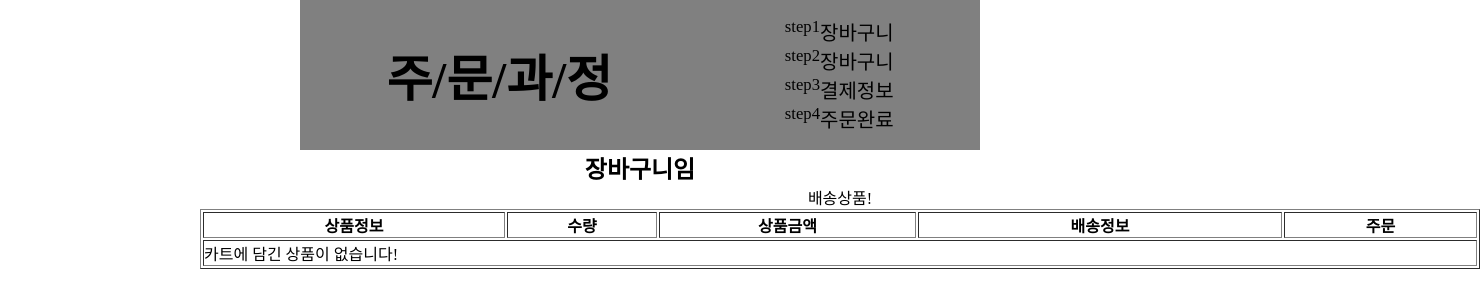
Repository: kym-1000/book
Page: http://localhost/book/WEB-INF/views/cart/mycart.jsp
The author's editor kept a copy of each file at every save. The page is drawn from the files as they stood at one save, then again after the next save.
The browser window is 1280 px wide. The page is 1480 px wide, so the pictures cover 1480 px, including what lies to the right of the window. The pictures show the whole page.
The page is served by Tomcat 9. Nobody is signed in. Other server files are loaded and not shown. The template is opened directly, without the code that normally fills it, so the values that code supplies are empty.

Above is the page before, as saved 2023-01-02 08:47:15.

### book/book/src/main/webapp/WEB-INF/views/cart/mycart.jsp
<%@ page language="java" contentType="text/html; charset=UTF-8"
    pageEncoding="UTF-8"%>
<!DOCTYPE html>
<html>
<head>
<meta charset="UTF-8">
<title>Insert title here</title>
	<style type="text/css">

		*{
			margin: auto;
			padding: 0;
		}

		#table{
			margin-left: 200px;
			margin-right: 200px;

		}

	</style>
</head>
<body>

	<jsp:include page="../cart/cartheader.jsp"></jsp:include>


	<h2 style="text-align: center;">장바구니임</h2>

	<table  width="100%"  border="1" id="table">
	<caption >
      배송상품!
    </caption> <colgroup >
    <col  width="40"> <col  width="100">
     <col  width="*"> <col  width="70">
      <col  width="120"> <col  width="170">
      <col  width="90"></colgroup> <thead >
      <tr ><th  colspan="3" scope="col" class="txt">상품정보</th>
      <th  scope="col" >수량</th>
      <th  scope="col" >상품금액</th>
      <th  scope="col" >배송정보</th>
      <th  scope="col" >주문</th></tr></thead>
      <tbody >
      <tr >
      <td  colspan="7" >
      <p  class="txt_tit">카트에 담긴 상품이 없습니다!</p>
      </td>
      </tr>
      </tbody>
      </table>
</body>
</html>

### book/book/src/main/webapp/WEB-INF/views/cart/cartheader.jsp
<%@ page language="java" contentType="text/html; charset=UTF-8"
    pageEncoding="UTF-8"%>
<%@ taglib uri="http://java.sun.com/jsp/jstl/core" prefix="c" %>
<!DOCTYPE html>
<html>
<head>
<meta charset="UTF-8">
<title>Insert title here</title>
<style type="text/css">

	#pagetop{
		margin-left: 300px;
		margin-right: 300px;
	    background-color: grey;
	    font-size: 20px;
		height: 150px;
		display : flex;
	  	/* justify-content : center; */
	  	align-items : center;
	}

</style>
</head>
<body>


	<div id="pagetop">
		<h2 style="text-align: left; font-size: 50px">
			주/문/과/정
		</h2>
		<div style="text-align: right;">

		<c:choose >
		<c:when test="${msg eq 1}">
		<div style="color: red">
		<sup>step1</sup>장바구니
		</div>
		</c:when>
		<c:otherwise>
		<div>
		<sup>step1</sup>장바구니
		</div>
		</c:otherwise>
		</c:choose>

		<c:choose>
		<c:when test="${msg eq 2}">
		<div style="color: red">
		<sup>step2</sup>배송정보
		</div>
		</c:when>
		<c:otherwise>
		<div>
		<sup>step2</sup>장바구니
		</div>
		</c:otherwise>
		</c:choose>

		<c:choose>
		<c:when test="${msg eq 3}">
		<div style="color: red">
		<sup>step3</sup>결제정보
		</div>
		</c:when>
		<c:otherwise>
		<div>
		<sup>step3</sup>결제정보
		</div>
		</c:otherwise>
		</c:choose>

		<c:choose>
		<c:when test="${msg eq 4}">
		<div style="color: red">
		<sup>step4</sup>주문완료
		</div>
		</c:when>
		<c:otherwise>
		<div>
		<sup>step4</sup>주문완료
		</div>
		</c:otherwise>
		</c:choose>

		</div>
	</div>

</body>
</html>

After the next save:
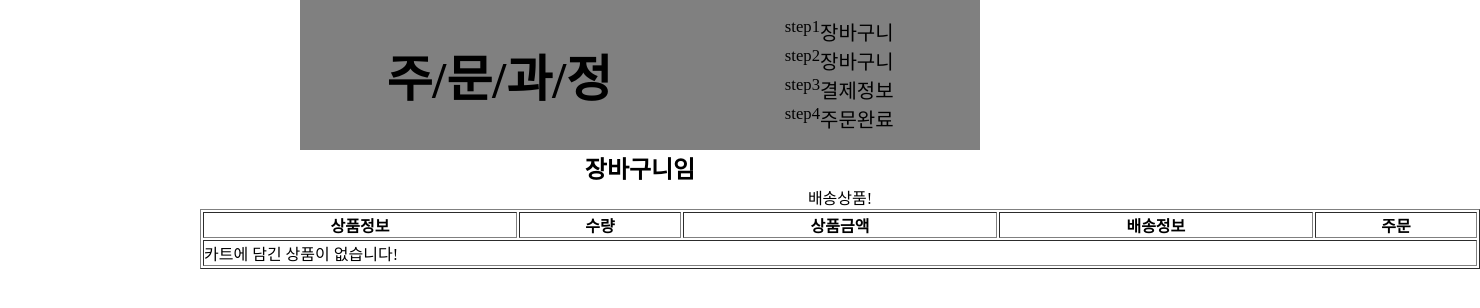
Saved 18 s later.
--- a/book/book/src/main/webapp/WEB-INF/views/cart/mycart.jsp
+++ b/book/book/src/main/webapp/WEB-INF/views/cart/mycart.jsp
@@ -31,15 +31,13 @@
 	<caption >
       배송상품!
     </caption> <colgroup >
-    <col  width="40"> <col  width="100">
-     <col  width="*"> <col  width="70">
-      <col  width="120"> <col  width="170">
-      <col  width="90"></colgroup> <thead >
+	<thead >
       <tr ><th  colspan="3" scope="col" class="txt">상품정보</th>
       <th  scope="col" >수량</th>
       <th  scope="col" >상품금액</th>
       <th  scope="col" >배송정보</th>
-      <th  scope="col" >주문</th></tr></thead>
+      <th  scope="col" >주문</th></tr>
+      </thead>
       <tbody >
       <tr >
       <td  colspan="7" >
